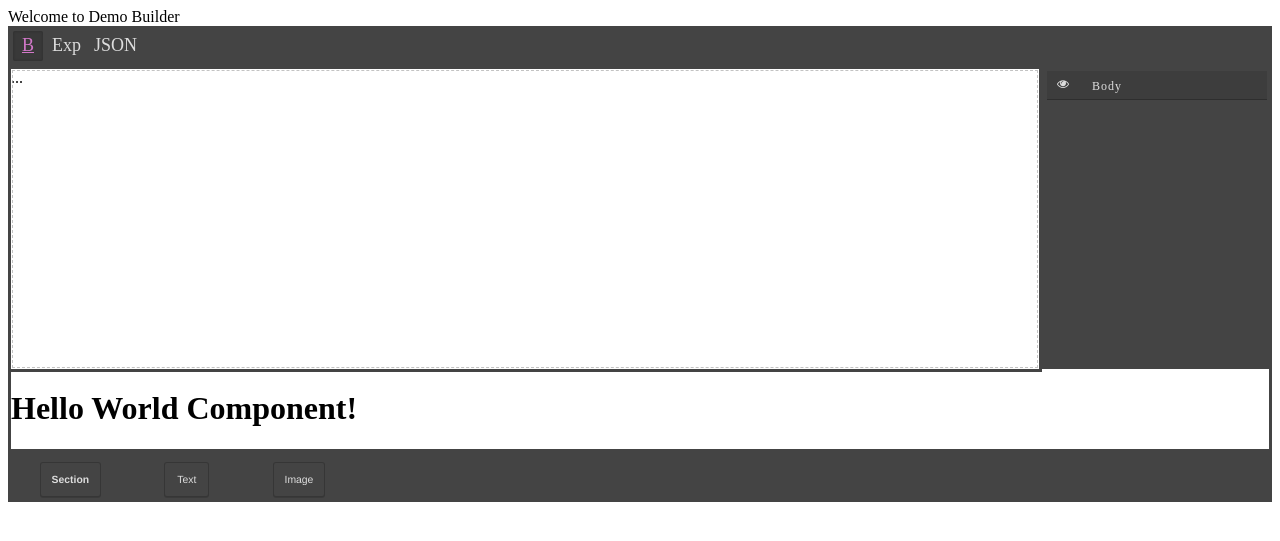
Repository: adityakulkarni000/DemoBuilder
Page: index.html
These files come from the project's save history. The page is drawn as it stood at one moment and after the next save; the edit follows.
The browser window is 1280 px wide. The pictures show the whole page.

Above is the page before, as saved 2022-06-19 01:20:16.

After the next save:
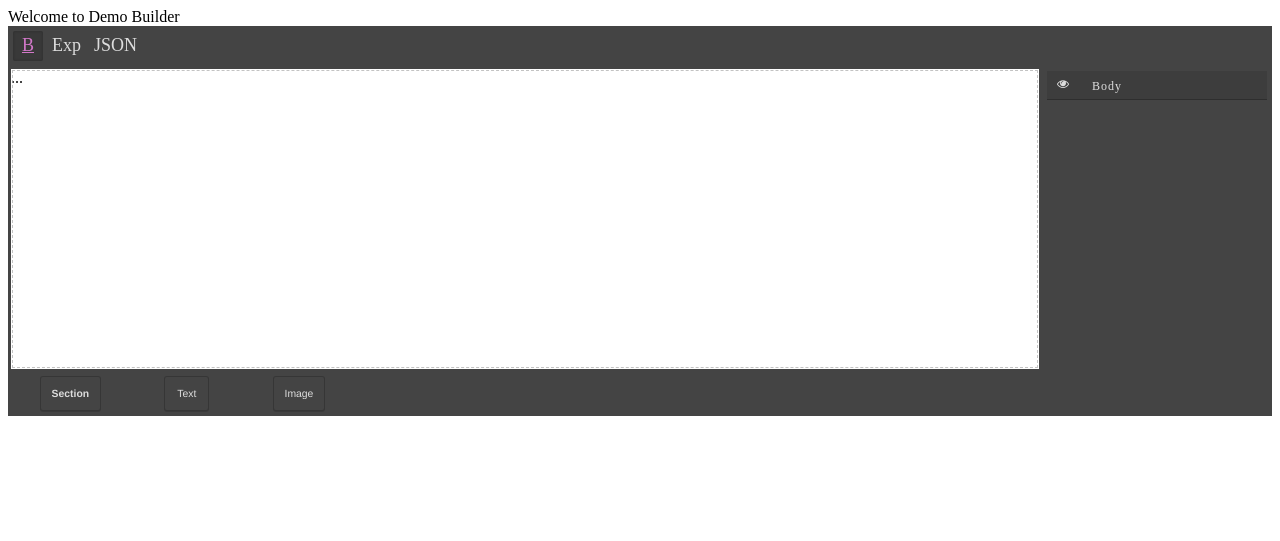
Saved 19 s later.
--- a/index.html
+++ b/index.html
@@ -63,9 +63,6 @@
       <div class="panel__right">
         <div class="layers-container"></div>
       </div>
-    </div>
-    <div id="gjs">
-      <h1>Hello World Component!</h1>
     </div>
     <div id="blocks"></div>
   </body>
